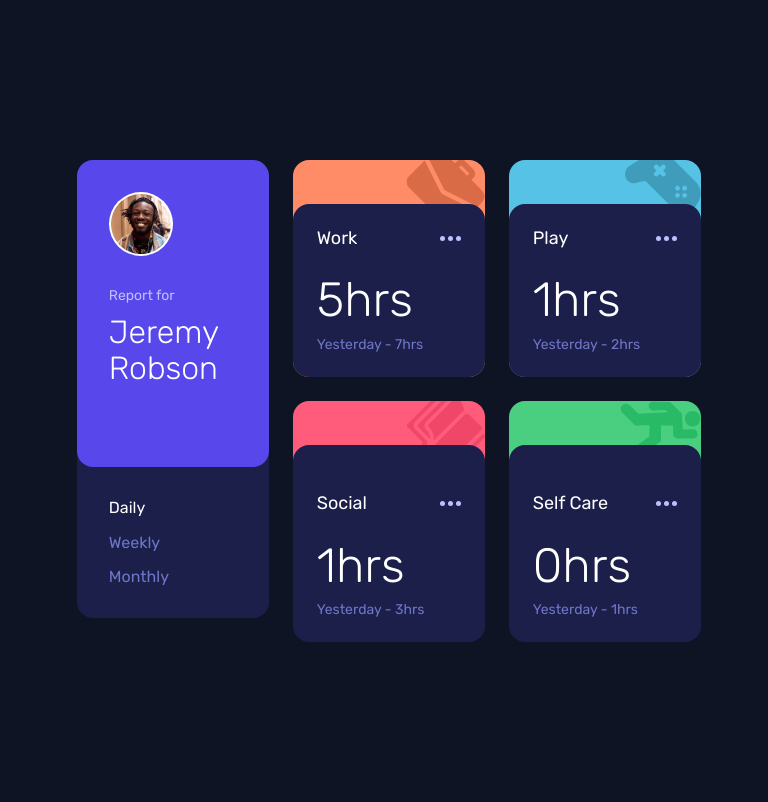
Repository: Jay-JYKim91/FM_time-tracking-dashboard
Page: index.html
These files come from the project's save history. The page is drawn as it stood at one moment and after the next save; the edit follows.
The browser window is 768 px wide. The pictures show the whole page.

Above is the page before, as saved 2021-12-19 22:34:04.

After the next save:
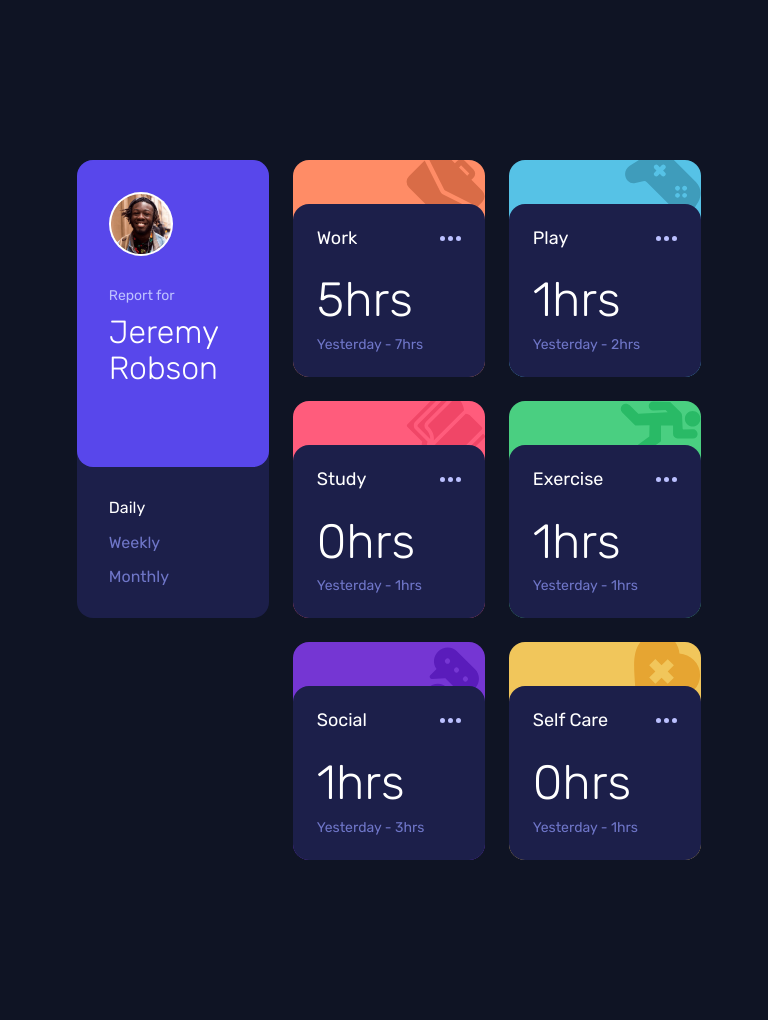
Saved 3 min 33 s later.
--- a/style.css
+++ b/style.css
@@ -162,6 +162,7 @@ p {
 @media (min-width: 768px) and (max-width: 1023px) {
   .container {
     grid-template-columns: repeat(3, 1fr);
+    grid-template-rows: repeat(3, 1fr);
   }
   .social-bg {
     grid-column: 2 / 3;
